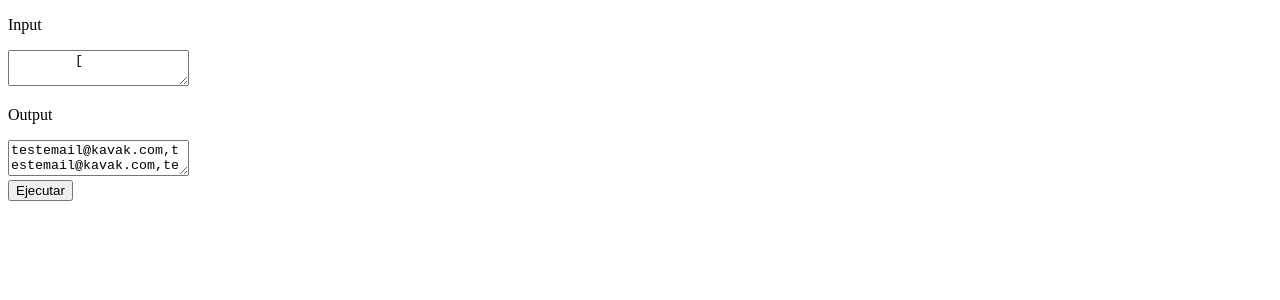
Repository: davobarrera/pruebaKVK
Page: index.html
The author's editor kept a copy of each file at every save. The page is drawn from the files as they stood at one save, then again after the next save.
The browser window is 1280 px wide. The pictures show the whole page.
Empty fields were first filled with sample values (such as "Sample", 5 or name@example.com).
After loading, the first visible `button` was clicked once.

Above is the page before, as saved 2020-07-04 11:29:31.

### index.html
<!DOCTYPE html>
<html>

<head>
  <meta charset="utf-8">
  <title>Prueba KVK</title>
  <meta name="viewport" content="width=device-width, initial-scale=1">
</head>

<body>
    <p>Input</p>
    <textarea id="input" >
        [
        'test.email+alex@kavak.com',
        'test.e.mail+bob.cathy@kavak.com',
        'testemail+david@ka.vak.com'
       ]
    </textarea>
    <p>Output</p>
    <textarea id="output" ></textarea>
    <br>
    <button onclick=ejecutar()>Ejecutar</button>
  <script src="filtrarEmail.js"></script>
</body>

</html>

### filtrarEmail.js
var emailsUnicos = function(emails) {
    var locales = emails.reduce(
        (acc,e) =>{
            var local, dominio, dividido;
            dividido = e.split('@');
            local = dividido[0];
            dominio = dividido[1];
            local = local.replace(/\./g,'').split('+')[0]
            acc.push([local,dominio].join('@'))
            return acc
        },[] )
        console.log(locales);
    return locales

};

var ejecutar = function (){
    var input = document.getElementById('input').value;
    var cleanText = input.replace(/\s/g,'').replace(/'/g,"\"")
    try{
        input = JSON.parse(cleanText);
    }catch(err){
        alert('No tiene la estructura de un arreglo de strings')
        return;
    }
    var output = emailsUnicos(input);
    document.getElementById('output').value = output;
}

After the next save:
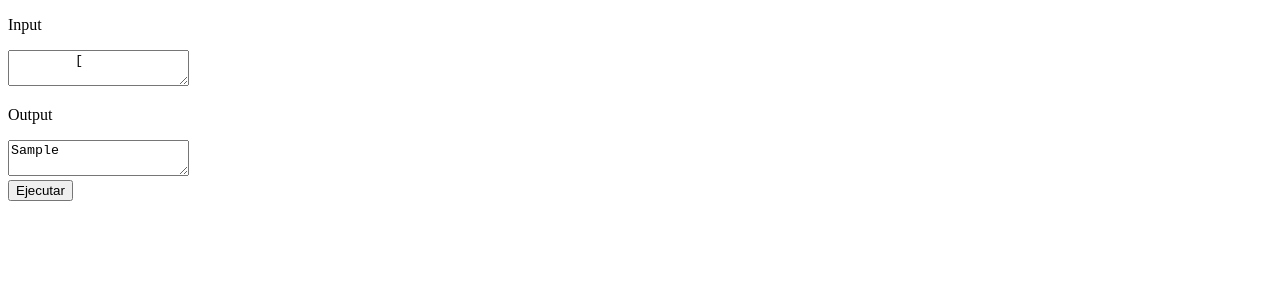
Console error: TypeError: output.replace is not a function
Saved 62 s later.
--- a/filtrarEmail.js
+++ b/filtrarEmail.js
@@ -24,5 +24,6 @@
         return;
     }
     var output = emailsUnicos(input);
+    output = output.replace(/,/g,'\n')
     document.getElementById('output').value = output;
 }

After the 2 saves that followed:
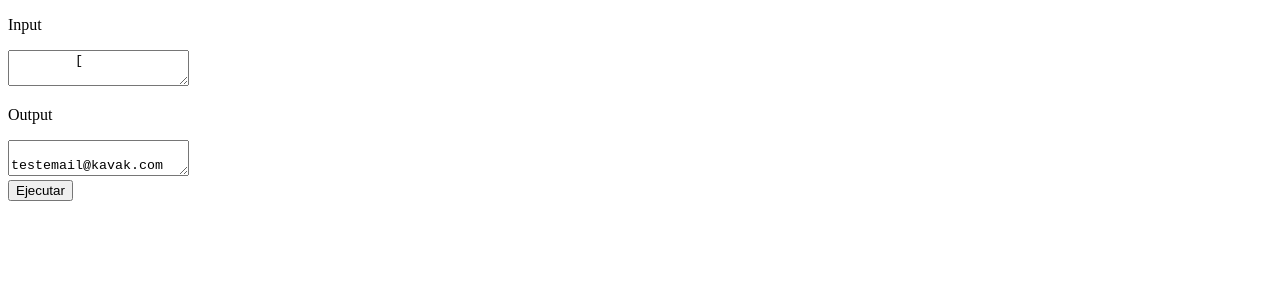
The error is gone.
The 2 saves are shown as one change because 1 left the picture as it was.
The last was saved 81 s later.
--- a/filtrarEmail.js
+++ b/filtrarEmail.js
@@ -24,6 +24,6 @@
         return;
     }
     var output = emailsUnicos(input);
-    output = output.replace(/,/g,'\n')
+    output = output.reduce((acc, e) => acc + '\n' + e,'').replace(/,/g,'\n')
     document.getElementById('output').value = output;
 }
